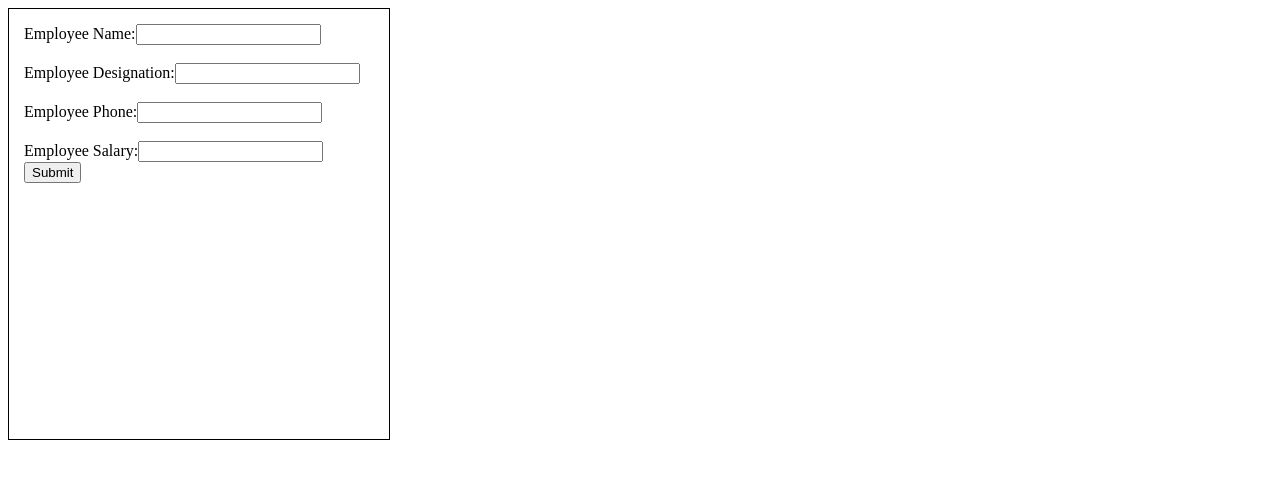
Repository: antonyraja1985/ServletEMS
Page: employee-management-service/src/main/webapp/signup.html
These files come from the project's save history. The page is drawn as it stood at one moment and after the next save; the edit follows.
The browser window is 1280 px wide. The pictures show the whole page.

Above is the page before, as saved 2024-05-25 06:35:51.

### employee-management-service/src/main/webapp/signup.html
<!DOCTYPE html>
<html>
<head>
<meta charset="UTF-8">
<title>Insert title here</title>
<style>
.formContainer{
border:1px solid black;

width:350px;

height:400px;

padding:15px
}
</style>

</head>
<body>

<div class="formContainer">
<form>

Employee Name:<input type="text" name=""><br><br>
Employee Designation:<input type="text" name=""><br><br>
Employee Phone:<input type="text" name=""><br><br>
Employee Salary:<input type="text" name=""><br>
<input type="submit" name=""><br>
</form>

</div>

</body>
</html>

After the next save:
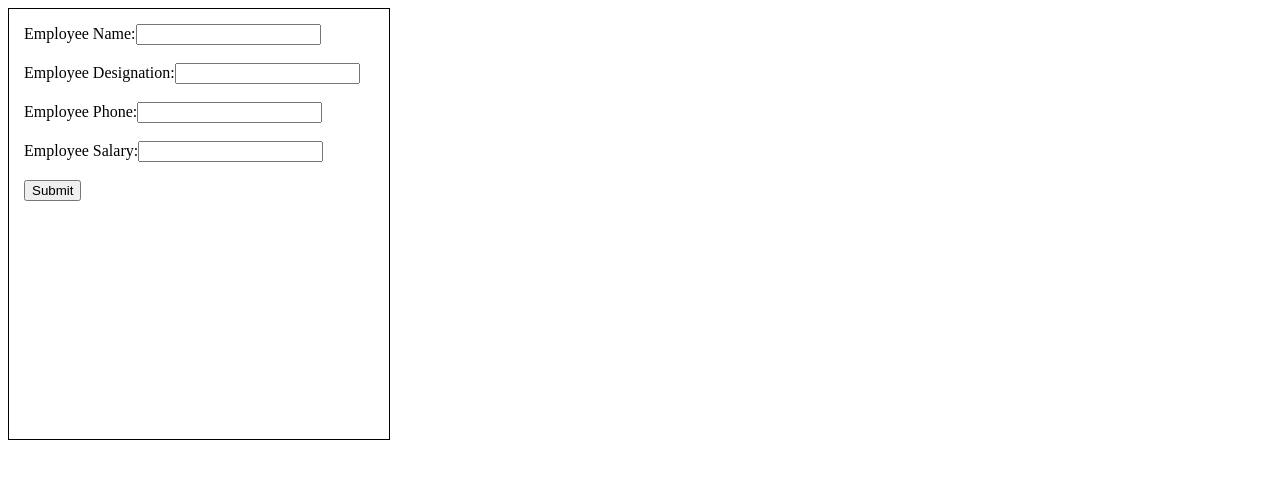
Saved 14 s later.
--- a/employee-management-service/src/main/webapp/signup.html
+++ b/employee-management-service/src/main/webapp/signup.html
@@ -24,7 +24,7 @@ padding:15px
 Employee Name:<input type="text" name=""><br><br>
 Employee Designation:<input type="text" name=""><br><br>
 Employee Phone:<input type="text" name=""><br><br>
-Employee Salary:<input type="text" name=""><br>
+Employee Salary:<input type="text" name=""><br><br>
 <input type="submit" name=""><br>
 </form>
 
